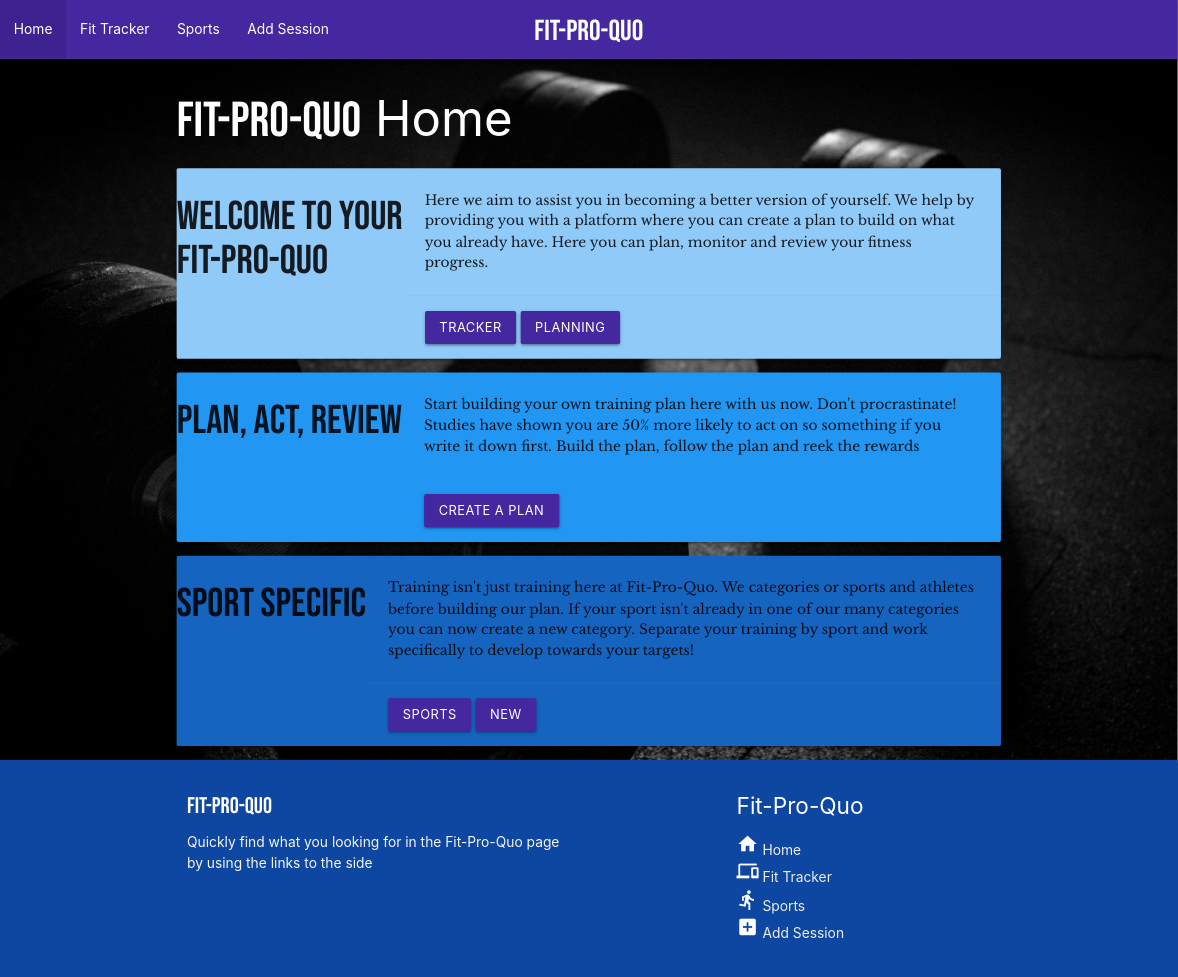
Repository: grantymartin/fit-pro-quo
Page: http://localhost/home
The author's editor kept a record of every edit. The page is drawn from the files as they stood at one moment, then again after the next edit.
The browser window is 1280 px wide. The pictures show the whole page, at 92% of full size.
Backgrounds fixed to the window are drawn as part of the page. Some web libraries are served in a nearby version. The page is served by the project's application, run on Flask 3 (app.py).

Above is the page before.
Console error: SyntaxError: Unexpected end of input

After the next edit:
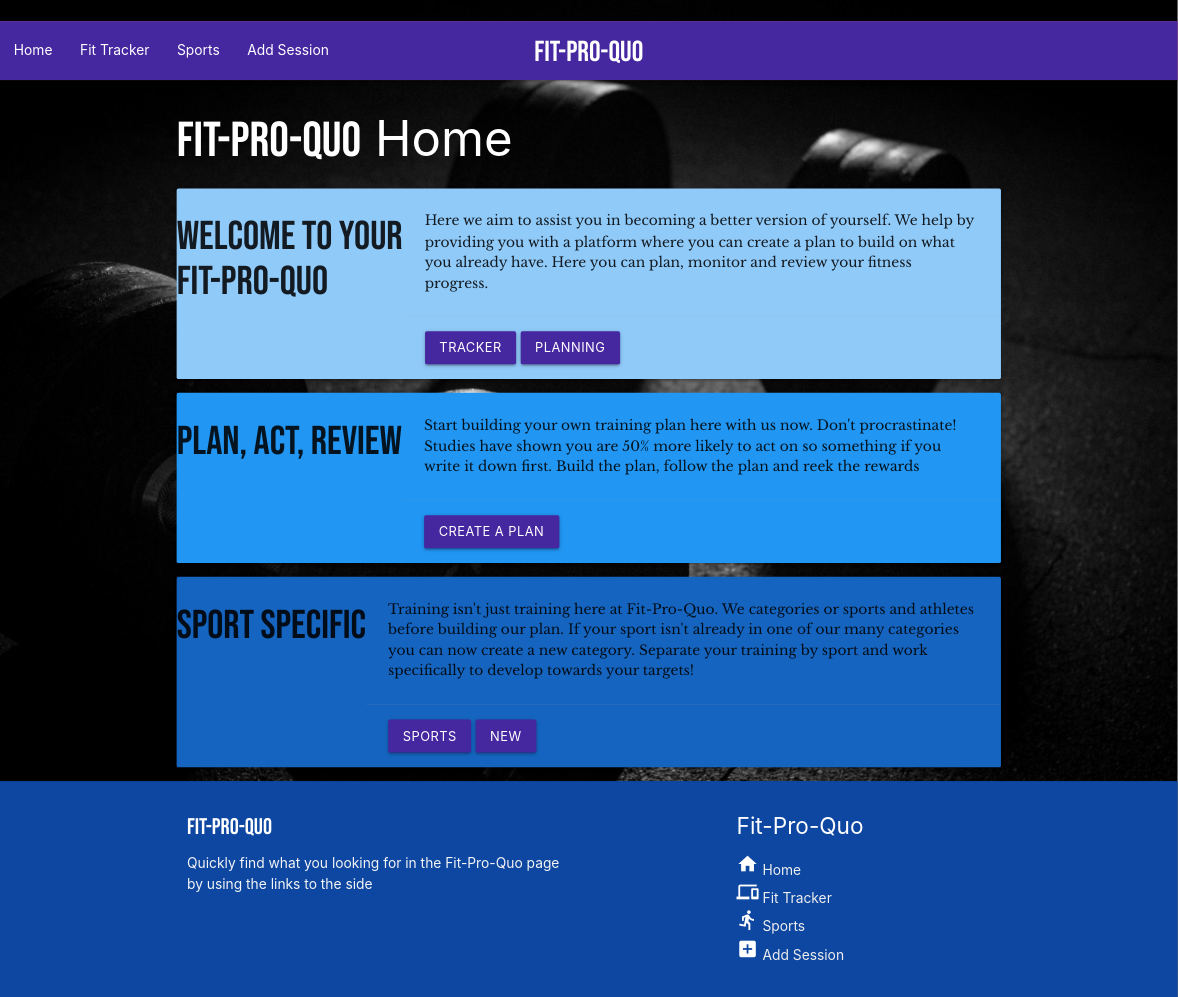
The edit:
--- a/templates/base.html
+++ b/templates/base.html
@@ -10,7 +10,7 @@
         @import url('https://fonts.googleapis.com/css?family=Bebas+Neue|Libre+Baskerville|Ubuntu&display=swap');
     </style>
 
-    <link rel="stylesheet" href="https://cdnjs.cloudflare.com/ajax/libs/materialize/1.0.0/css/materialize.min.css">
+    <<link rel="stylesheet" href="https://cdnjs.cloudflare.com/ajax/libs/materialize/1.0.0/css/materialize.min.css">
     <link href="https://fonts.googleapis.com/icon?family=Material+Icons" rel="stylesheet">
     <link rel="stylesheet" href="{{url_for('static', filename='css/style.css')}}" type="text/css" />
 

After the 2 edits that followed:
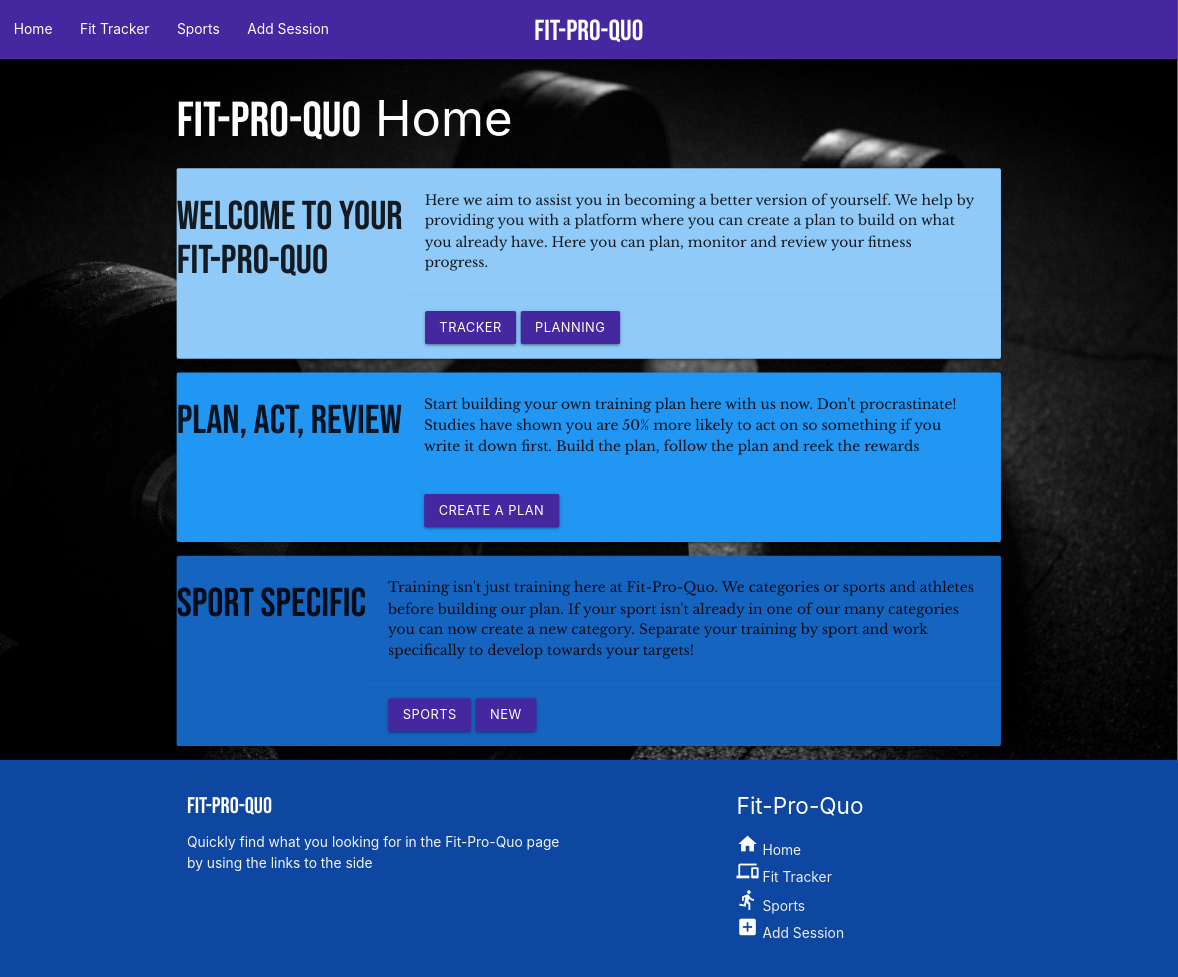
Console error: TypeError: $(...).material_select is not a function
The 2 edits are shown as one change because 1 left the picture as it was.
The edit:
--- a/templates/base.html
+++ b/templates/base.html
@@ -10,7 +10,7 @@
         @import url('https://fonts.googleapis.com/css?family=Bebas+Neue|Libre+Baskerville|Ubuntu&display=swap');
     </style>
 
-    <<link rel="stylesheet" href="https://cdnjs.cloudflare.com/ajax/libs/materialize/1.0.0/css/materialize.min.css">
+    <link rel="stylesheet" href="https://cdnjs.cloudflare.com/ajax/libs/materialize/1.0.0/css/materialize.min.css">
     <link href="https://fonts.googleapis.com/icon?family=Material+Icons" rel="stylesheet">
     <link rel="stylesheet" href="{{url_for('static', filename='css/style.css')}}" type="text/css" />
 
@@ -65,7 +65,7 @@
         </div>
     </footer>
     <script src="https://cdnjs.cloudflare.com/ajax/libs/jquery/3.2.1/jquery.min.js"></script>
-    <script src="https://cdnjs.cloudflare.com/ajax/libs/materialize/0.100.2/js/materialize.min.js"></script>
+    <script src="https://cdnjs.cloudflare.com/ajax/libs/materialize/1.0.0/js/materialize.min.js"></script>
     <script type="text/javascript">
         $(document).ready(function() {
             $('select').formSelect();
@@ -74,18 +74,6 @@
             $('select').material_select();
             $('.datepicker').datepicker();
         });
-
-        $('.datepicker').pickadate({
-            selectMonths: true, // Creates a dropdown to control month
-            selectYears: 15, // Creates a dropdown of 15 years to control year,
-            today: 'Today',
-            clear: 'Clear',
-            close: 'Ok',
-            closeOnSelect: false // Close upon selecting a date,
-        });
-
-        document.getElementById("matfix").addEventListener("click", function(e) {
-            e.stopPropagation();
     </script>
 </body>
 
